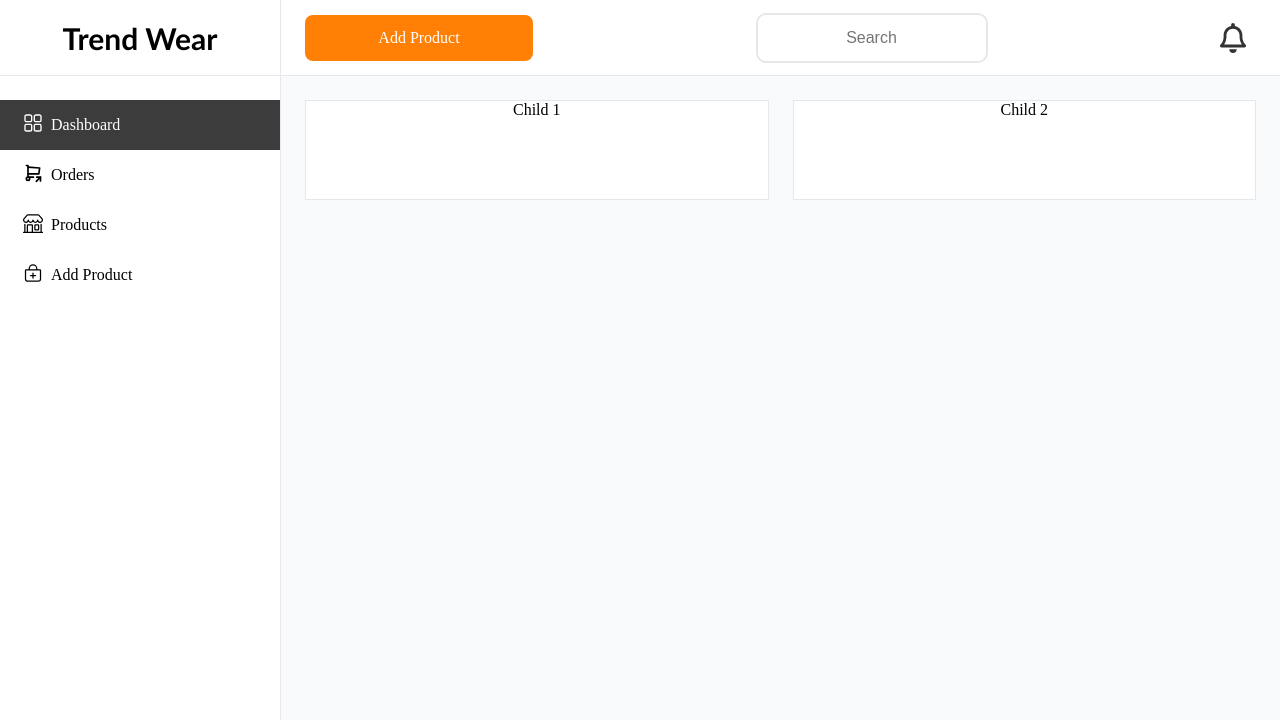
Repository: ahmad-dev7/TrendWear
Page: / (app in trend_wear_dashboard/)
These files come from the project's save history. The page is drawn as it stood at one moment and after the next save; the edit follows.
The browser window is 1280 px wide. The pictures show the whole page.
The project was rebuilt for these pictures with package versions that can differ from the ones it lists, and the page was loaded fresh each time. Also part of the build but not shown: trend_wear_dashboard/vite.config.ts.

Above is the page before, as saved 2025-01-20 00:00:38.

### trend_wear_dashboard/index.html
<!doctype html>
<html lang="en">

<head>
  <meta charset="UTF-8" />
  <link rel="icon" type="image/svg+xml" href="/vite.svg" />
  <meta name="viewport" content="width=device-width, initial-scale=1.0" />
  <title>Trend Wear</title>
</head>

<body>
  <div id="root"></div>
  <script type="module" src="/src/main.tsx"></script>
</body>

</html>

### trend_wear_dashboard/src/main.tsx
import { StrictMode } from "react";
import { createRoot } from "react-dom/client";
//import "bootstrap/dist/css/bootstrap.css";
import "./App.css";
import App from "./App.tsx";

createRoot(document.getElementById("root")!).render(
  <StrictMode>
    <App />
  </StrictMode>
);

### trend_wear_dashboard/src/App.css
body {
    background-color: #F9FAFB;
    padding: 0;
    margin: 0;
}

#parent {
    display: flex;
}

### trend_wear_dashboard/src/App.tsx
import { useState } from "react";
import Body from "./Components/Body/Body";
import Navbar from "./Components/Navbar/Navbar";
import Sidebar from "./Components/Sidebar/Sidebar";
import AddProducts from "./Components/AddProduct/AddProduct";

function App() {
  const [body, setBody] = useState("Dashboard");

  return (
    <div id="parent">
      <Sidebar onSelectTab={setBody} />
      <div style={{ flex: 1 }}>
        <Navbar />
        <Body>
          <AddProducts />
        </Body>
      </div>
    </div>
  );
}

export default App;

### trend_wear_dashboard/src/Components/Body/Body.tsx
// Body.tsx
import "./Body.css";

interface Props {
  children: React.ReactNode;
}

const Body = ({ children }: Props) => {
  return <div id="body-content">{children}</div>;
};

export default Body;

### trend_wear_dashboard/src/Components/Navbar/Navbar.tsx
import "./Navbar.css";
import { FaRegBell } from "react-icons/fa6";

const Navbar = () => {
  return (
    <div>
      <div id="top-navbar">
        <div className="nav-item add-product-button">Add Product</div>
        <input className="nav-item" placeholder="Search" type="text" />
        <FaRegBell className="nav-item icon"></FaRegBell>
      </div>
    </div>
  );
};

export default Navbar;

### trend_wear_dashboard/src/Components/Sidebar/Sidebar.tsx
import "./Sidebar.css";
import SidebarContent from "./SidebarContent";
import { RxDashboard } from "react-icons/rx";
import { TbShoppingCartShare } from "react-icons/tb";
import { BsShop } from "react-icons/bs";
import { IoBagAddOutline } from "react-icons/io5";

interface Props {
  onSelectTab: (tab: string) => void;
}

const Sidebar = ({ onSelectTab }: Props) => {
  interface Tabs {
    icon: JSX.Element;
    label: string;
  }

  const tabs: Tabs[] = [
    { label: "Dashboard", icon: <RxDashboard size={20} /> },
    { label: "Orders", icon: <TbShoppingCartShare size={20} /> },
    { label: "Products", icon: <BsShop size={20} /> },
    { label: "Add Product", icon: <IoBagAddOutline size={20} /> },
  ];

  return (
    <div id="sidebar">
      <div className="header">Trend Wear</div>
      <ul id="sidebar-content">
        <SidebarContent tabsList={tabs} onSelectTab={onSelectTab} />
      </ul>
    </div>
  );
};

export default Sidebar;

### trend_wear_dashboard/src/Components/AddProduct/AddProduct.tsx
import "./AddProduct.css";

const AddProduct = () => {
  return (
    <div className="parent">
      <div className="child details-section">Child 1</div>

      <div className="child preview-section">Child 2</div>
    </div>
  );
};

export default AddProduct;

### trend_wear_dashboard/src/Components/Body/Body.css
#body-content {
    display: flex;
    flex-direction: column;
    margin: 24px;
    /* height: 100vh;
    width: 100%; */
    box-sizing: border-box;
}

### trend_wear_dashboard/src/Components/Navbar/Navbar.css
#top-navbar {
    display: flex;
    justify-content: space-between;
    align-items: center;
    /* padding: 0 24px; */
    background-color: white;
    height: 75px;
    width: 100%;
    border-bottom: 1px solid #e5e7eb;
}

.nav-item {
    font-size: 16px;
    color: #333;
    text-align: center;
    width: 200px;
    border-radius: 8px;
    padding: 14px;
    text-decoration: none;
}

.add-product-button {
    color: white;
    margin-left: 24px;
    background-color: #ff8005;
}

#top-navbar input {
    border: none;
    outline: 2px solid #e5e7eb;
    flex-grow: 1;
    max-width: 200px;
}

#top-navbar .icon {
    height: 30px;
    width: 30px;
    margin-right: 24px;
}

### trend_wear_dashboard/src/Components/Sidebar/Sidebar.css
/* Sidebar.css */
#sidebar {
    background-color: white;
    width: 280px;
    height: 100vh;
    border-right: 1px solid #e5e7eb;
}

#sidebar .header {
    display: flex;
    justify-content: center;
    align-items: center;
    height: 75px;
    font-size: 30px;
    font-weight: bold;
    font-family: 'Gill Sans', 'Gill Sans MT', Calibri, 'Trebuchet MS', sans-serif;
    background-color: white;
    text-align: center;
    border-bottom: 1px solid #e5e7eb;
}

#sidebar-content {
    list-style-type: none;
    margin-top: 24px;
    padding: 0;
    cursor: pointer;
}

#sidebar-content .tab {
    height: 50px;
    color: black;
    display: flex;
    align-items: center;
    padding-left: 15px;
}

.icon {
    padding: 8px;
}

#sidebar-content .active {
    background-color: #3c3c3c;
    color: white;
}

#sidebar-content .tab:hover:not(.active) {
    background-color: #e5e7eb;
}

### trend_wear_dashboard/src/Components/Sidebar/SidebarContent.tsx
import "./Sidebar.css";
import { useState } from "react";

interface Tabs {
  icon: JSX.Element;
  label: string;
}

interface Props {
  tabsList: Tabs[];
  onSelectTab: (tab: string) => void;
}

const SidebarContent = ({ tabsList, onSelectTab }: Props) => {
  const [active, setTab] = useState("Dashboard");
  return (
    <>
      {tabsList.map((tab) => (
        <li
          key={tab.label}
          className={"tab " + (tab.label == active && "active")}
          onClick={() => {
            setTab(tab.label);
            onSelectTab(tab.label);
          }}
        >
          <div className="icon">{tab.icon}</div>
          <div className="label">{tab.label}</div>
        </li>
      ))}
    </>
  );
};

export default SidebarContent;

### trend_wear_dashboard/src/Components/AddProduct/AddProduct.css
/* AddProduct.css */
.parent {
    display: flex;
    width: 100%;
    height: 100px;
    gap: 24px;
    box-sizing: border-box;
}

.child {
    flex: 1;
    text-align: center;
    background-color: white;
    border: 1px solid #e5e7eb;
}

### trend_wear_dashboard/src/Components/Dashboard/Dashboard.tsx
import "./Dashboard.css";

const Dashboard = () => {
  return <div className="parent">Hello I am Dashboard</div>;
};

export default Dashboard;

### trend_wear_dashboard/src/Components/Dashboard/Dashboard.css
.parent {
    height: 200px;
    background-color: red;
}

After the next save:
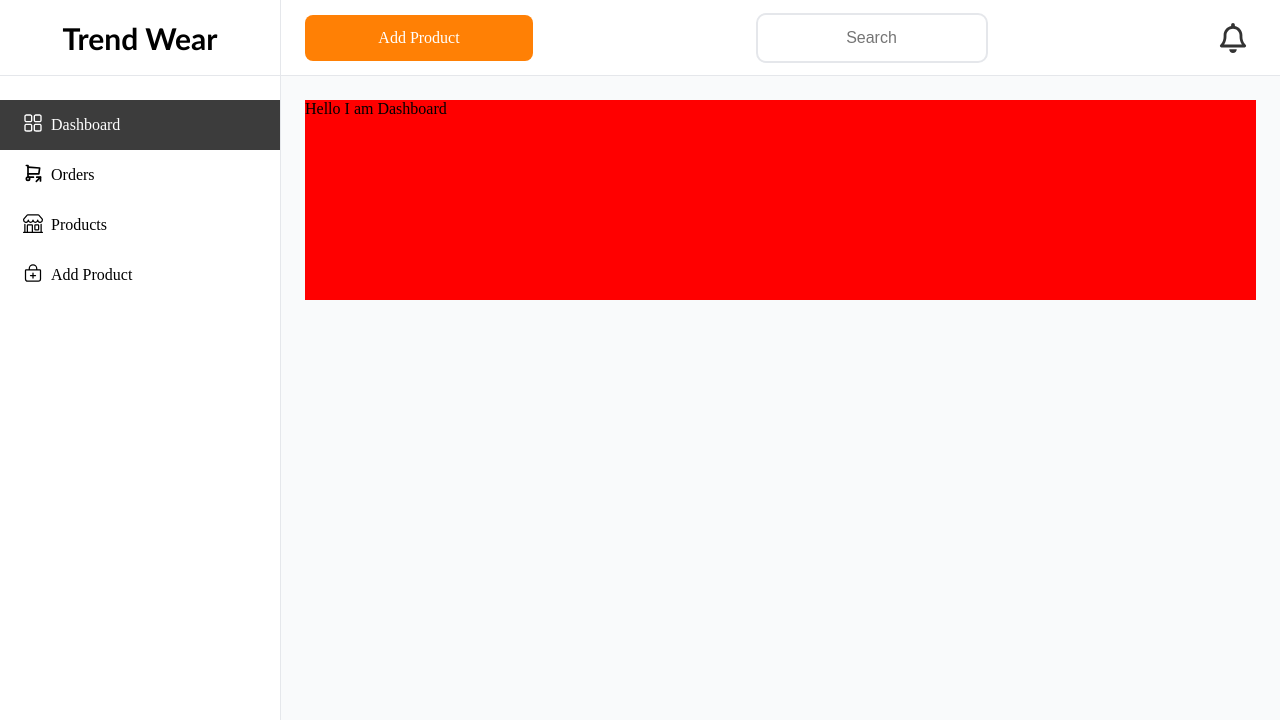
Saved 87 s later.
--- a/trend_wear_dashboard/src/App.tsx
+++ b/trend_wear_dashboard/src/App.tsx
@@ -3,6 +3,7 @@ import Body from "./Components/Body/Body";
 import Navbar from "./Components/Navbar/Navbar";
 import Sidebar from "./Components/Sidebar/Sidebar";
 import AddProducts from "./Components/AddProduct/AddProduct";
+import Dashboard from "./Components/Dashboard/Dashboard";
 
 function App() {
   const [body, setBody] = useState("Dashboard");
@@ -12,9 +13,7 @@ function App() {
       <Sidebar onSelectTab={setBody} />
       <div style={{ flex: 1 }}>
         <Navbar />
-        <Body>
-          <AddProducts />
-        </Body>
+        <Body>{body == "Dashboard" ? <Dashboard /> : <AddProducts />}</Body>
       </div>
     </div>
   );
